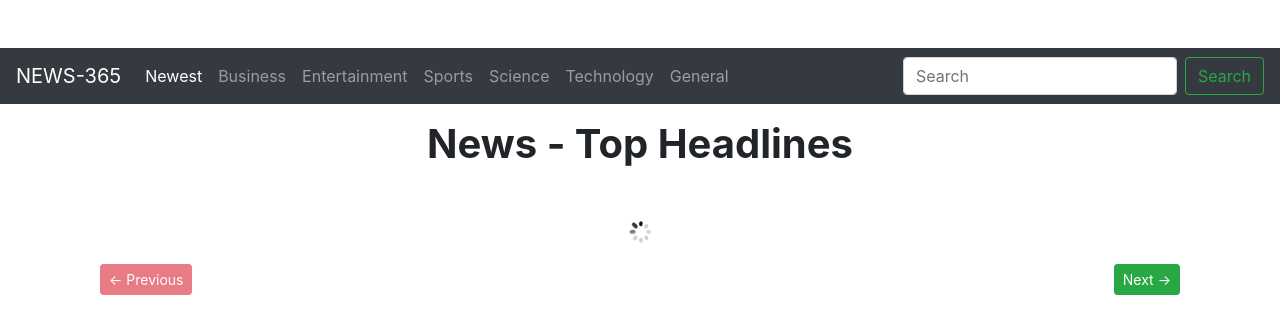
Repository: shah-zx/NewsApp
Page: /sports
These files come from the project's save history. The page is drawn as it stood at one moment and after the next save; the edit follows.
The browser window is 1280 px wide. The pictures show the whole page.
The page's requests for data from a server got no answer. Some web libraries are served in a nearby version. The project was rebuilt for these pictures with package versions that can differ from the ones it lists, and the page was loaded fresh each time. No one was signed in, and anything a server would have sent is missing. Also part of the build but not shown: src/components/NewsItem.js.

Above is the page before, as saved 2021-11-05 12:02:07.

After the next save:
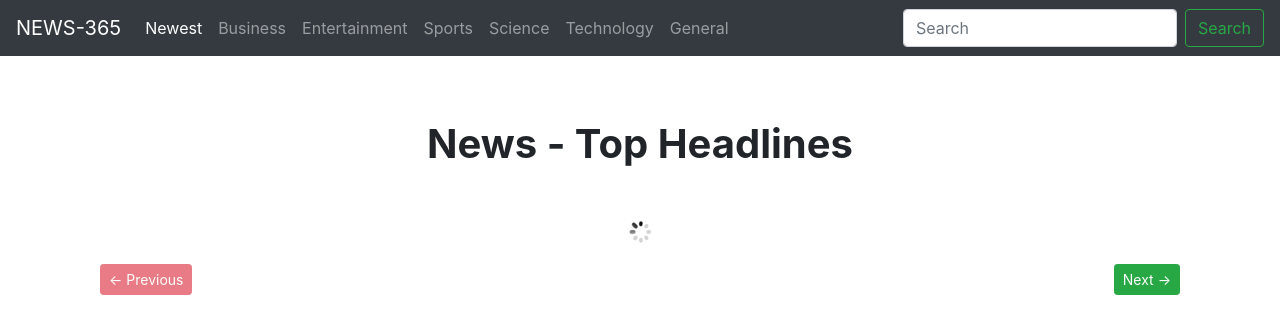
Saved 16 s later.
--- a/src/components/Navbar.js
+++ b/src/components/Navbar.js
@@ -7,7 +7,7 @@ const Navbar = () => {
    // https://hn-s.herokuapp.com/education  // guruji
 
     return (
-      <nav className="navbar fixed-top navbar-expand-lg navbar-dark bg-dark" style = {{marginTop: "3em"}}>
+      <nav className="navbar fixed-top navbar-expand-lg navbar-dark bg-dark">
         <Link className="navbar-brand" to="/">NEWS-365</Link>
         <button className="navbar-toggler" type="button" data-toggle="collapse" data-target="#navbarSupportedContent" aria-controls="navbarSupportedContent" aria-expanded="false" aria-label="Toggle navigation">
           <span className="navbar-toggler-icon"></span>
